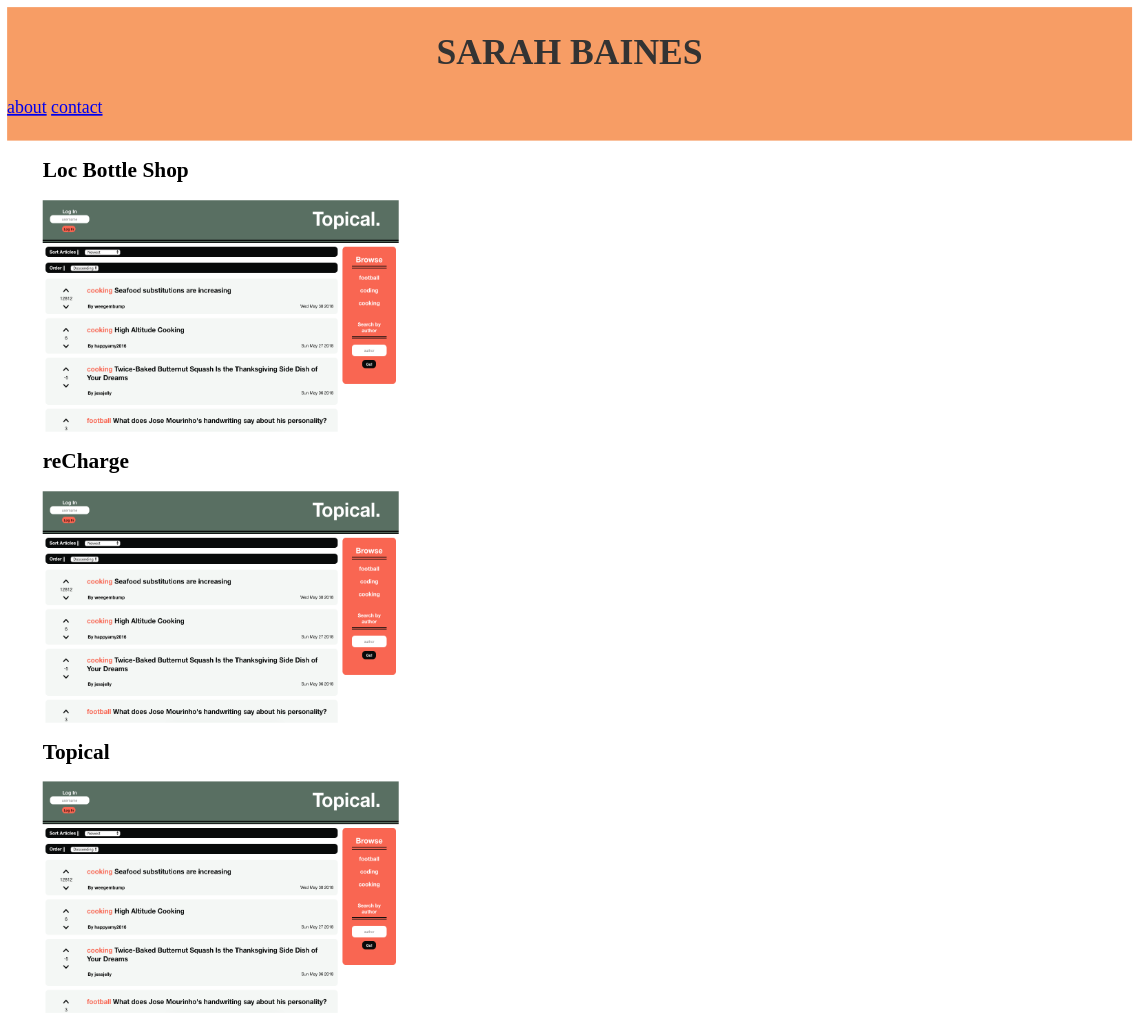
Repository: bainesface/bainesface.github.io
Page: index.html
These files come from the project's save history. The page is drawn as it stood at one moment and after the next save; the edit follows.
The browser window is 1280 px wide. The pictures show the whole page, at 89% of full size.

Above is the page before, as saved 2020-04-27 14:32:46.

After the next save:
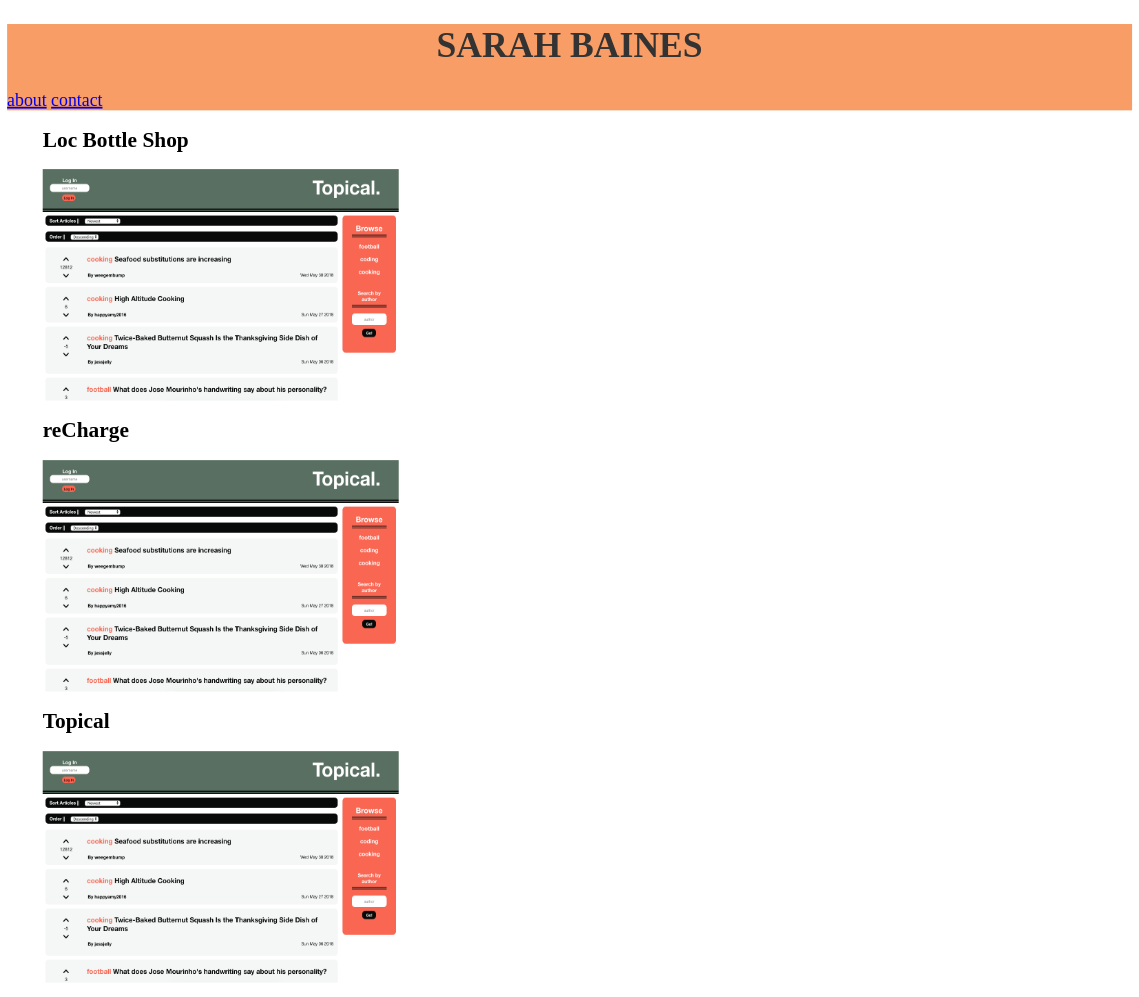
Saved 2 min 11 s later.
--- a/index.html
+++ b/index.html
@@ -7,7 +7,7 @@
     <link rel="stylesheet" href="index.css" />
     <title>My Portfolio Site</title>
   </head>
-  <body class="body">
+  <body >
     <header class="header">
     <a href="index.html"></a>
       <h1 class="title">

After the save that followed:
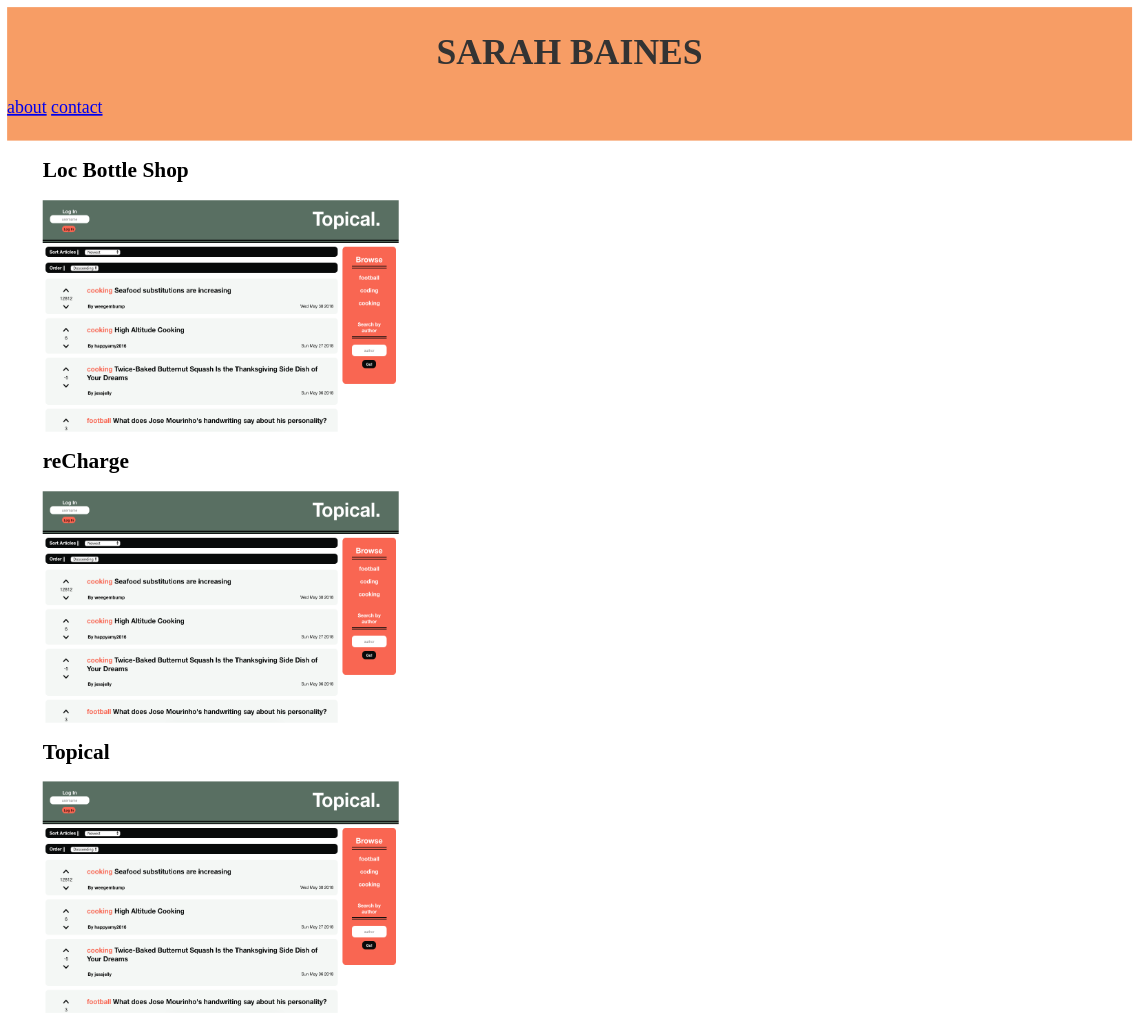
Saved 30 s later.
--- a/index.html
+++ b/index.html
@@ -7,7 +7,7 @@
     <link rel="stylesheet" href="index.css" />
     <title>My Portfolio Site</title>
   </head>
-  <body >
+  <body class="body">
     <header class="header">
     <a href="index.html"></a>
       <h1 class="title">
